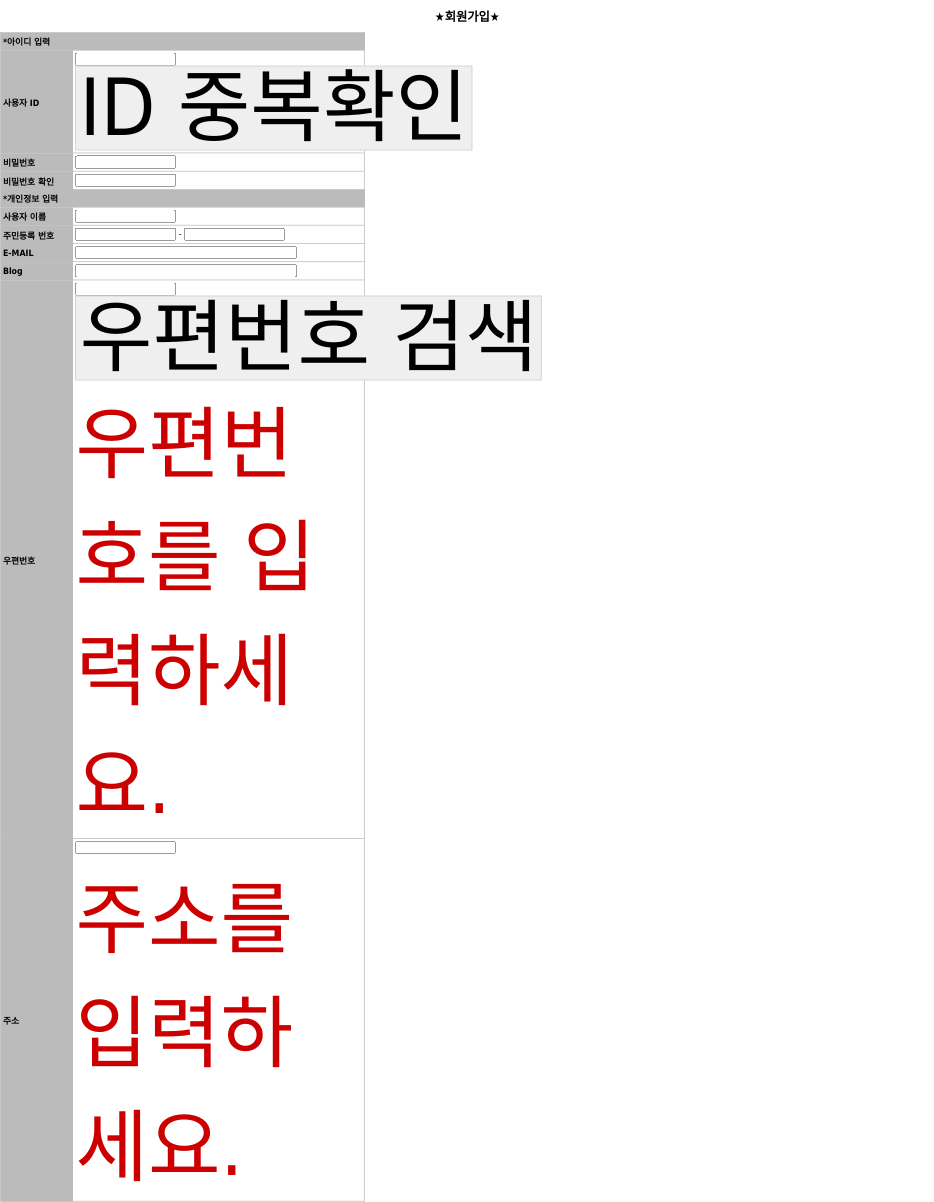
Repository: eParkjongtaek/lovedisket
Page: http://localhost/KH18_1/0904/inputForm.jsp
The author's editor kept a copy of each file at every save. The page is drawn from the files as they stood at one save, then again after the next save.
The browser window is 1280 px wide. The pictures show the whole page, at 73% of full size.
The page is served by Tomcat 9. Other server files are loaded and not shown.

Above is the page before, as saved 2017-09-04 04:26:27.

### source/KH18_1/WebContent/0904/inputForm.jsp
<%@ page language="java" contentType="text/html; charset=EUC-KR"
    pageEncoding="EUC-KR"%>
<!DOCTYPE html PUBLIC "-//W3C//DTD HTML 4.01 Transitional//EN" "http://www.w3.org/TR/html4/loose.dtd">
<html>
<head>
<meta http-equiv="Content-Type" content="text/html; charset=EUC-KR">
<title>회원가입</title>
<link href="style.css" rel="stylesheet" type="text/css" />

<script type="text/javascript">

function checkIt()
{
	var userinput = eval("document.userinput");
	if(!userinput.id.value)
	{
		alert("ID를 입력하세요!");
		return false;
	}

	if(!userinput.passwd.value)
	{
		alert("비밀번호를 입력하세요!");
		return false;
	}

	if(userinput.passwd.value != userinput.passwd2.value)
	{
		alert("비밀번호가 같아요~");
		return false;
	}

	if(!userinput.name.value)
	{
		alert("이름을 입력하세요!");
		return false;
	}

	if(!userinput.jumin1.value || !userinput.jumin2.value)
	{
		alert("주민등록번호를 입력하세요!");
		return false;
	}


}

</script>

</head>
<body>
	<form action="inputPro.jsp" name="userinput" onsubmit="return checkIt();" method="post">

		<h1>★회원가입★</h1>
		<div id="body">

			<table width="500px;">

				<colgroup>
					<col width="20%"/>
					<col width="*"/>
				</colgroup>

				<tr>
					<th colspan="2" class="subTitle">*아이디 입력</th>
				</tr>
				<tr>
					<th>사용자 ID</th>
					<td>
						<input type="text" name="id" maxlength="12" />
						<input type="button" name="confirm_id" value="ID 중복확인" class="inputBtn" onclick="javascript:openConfirmid(this.form);" />
					</td>
				</tr>
				<tr>
					<th>비밀번호</th>
					<td>
						<input type="password" name="passwd" maxlength="12" />
					</td>
				</tr>
				<tr>
					<th>비밀번호 확인</th>
					<td>
						<input type="password" name="passwd2" maxlength="12" />
					</td>
				</tr>
				<tr>
					<th colspan="2" class="subTitle">*개인정보 입력</th>
				</tr>
				<tr>
					<th>사용자 이름</th>
					<td><input type="text" name="name" maxlength="10" />
				</tr>
				<tr>
					<th>주민등록 번호</th>
					<td>
						<input type="text" name="jumin1" maxlength="6" /> -
						<input type="password" name="jumin2" maxlength="7" />
					</td>
				</tr>
				<tr>
					<th>E-MAIL</th>
					<td>
						<input type="text" name="email" class="w300" maxlength="30" />
					</td>
				</tr>
				<tr>
					<th>Blog</th>
					<td>
						<input type="text" name="blog" class="w300" maxlength="50" />
					</td>
				</tr>
				<tr>
					<th>우편번호</th>
					<td>
						<input type="text" name="zipcode" /><input type="button" value="우편번호 검색" class="inputBtn" onclick="javascript:zipCheck();" />
						<span>우편번호를 입력하세요.</span>
					</td>
				</tr>
				<tr>
					<th>주소</th>
					<td>
						<input type="text" name="address" class="w380" />
						<span class="descB">주소를 입력하세요.</span>
					</td>
				</tr>
			</table>

		</div>

	</form>
</body>
</html>

### source/KH18_1/WebContent/0904/style.css
* {padding:0;margin:0;}
html {font-family: Tahoma, Dotum, "돋움"; font-size: 0.75em; }
body {font-size:1em;text-align:left;}
#wrap {width:500px; margin:0 auto; text-align:left;}
#footer {text-align:center; padding:10px 0;}
#footer input {vertical-align:middle;}
fieldset {border:none;}
legend {display:none; visibility:hidden;}
table {table-layout: fixed; border-collapse: collapse; padding: 0; border-style:solid; border-width:1px 1px 0 1px; border-color:#bbb;}
th {text-align:left; padding:3px; border-collapse:0; border-style:solid; border-width:0 0 1px 0;border-color:#bbb; background:#bbb;}
td {text-align:left; border-collapse:0; border-style:solid; border-width:0 0 1px 0; border-color:#bbb;padding:3px;}
input {font-family:Tahoma, Dotum, "돋움"; font-size:1em;}
td span {font-size:9em; color:#cc0000;}
h1 {font-size:1.4em; text-align:center; padding:10px 0;}
.w300 {width:300px;}
.w380 {wdith:380px;}
.descB {padding:2px 0; display:block;}
th .subTitle {color:#339900; background:#fff !important; padding:8px 0 8px 5px;}
.inputBtn {border:1px solid #ccc; padding:3px 5px; line-height:1em; font-size:9em;}
#footer .inputBtn {font-size:1.2em; font-weight:bold;}

After the next save:
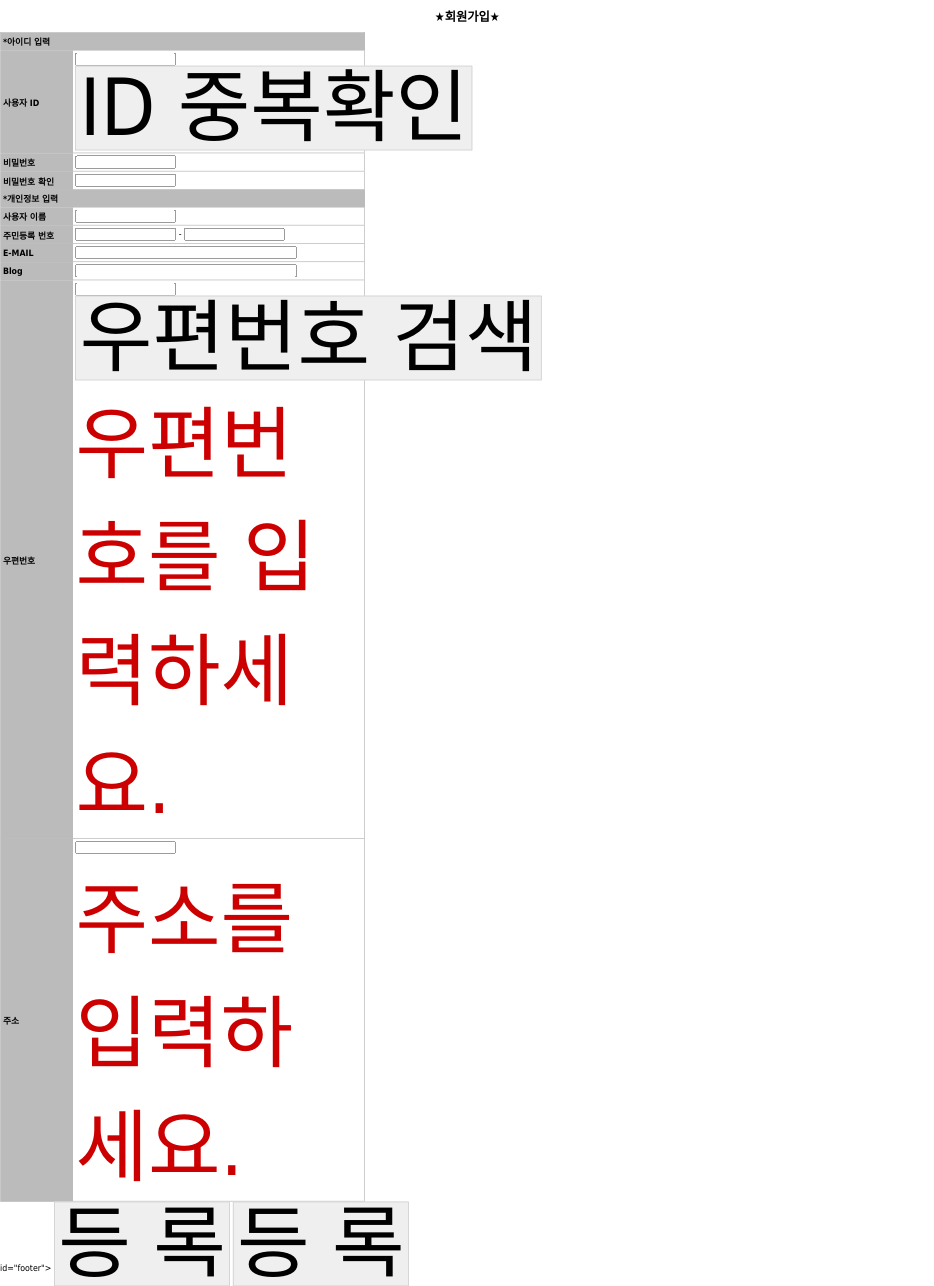
Saved 57 s later.
--- a/source/KH18_1/WebContent/0904/inputForm.jsp
+++ b/source/KH18_1/WebContent/0904/inputForm.jsp
@@ -124,7 +124,10 @@ function checkIt()
 					</td>
 				</tr>
 			</table>
-
+		</div>
+		<div> id="footer">
+			<input type="submit" name="confirm" class="inputBtn" value="등 록" />
+			<input type="reset" name="reset" class="inputBtn" value="등 록" />
 		</div>
 
 	</form>
